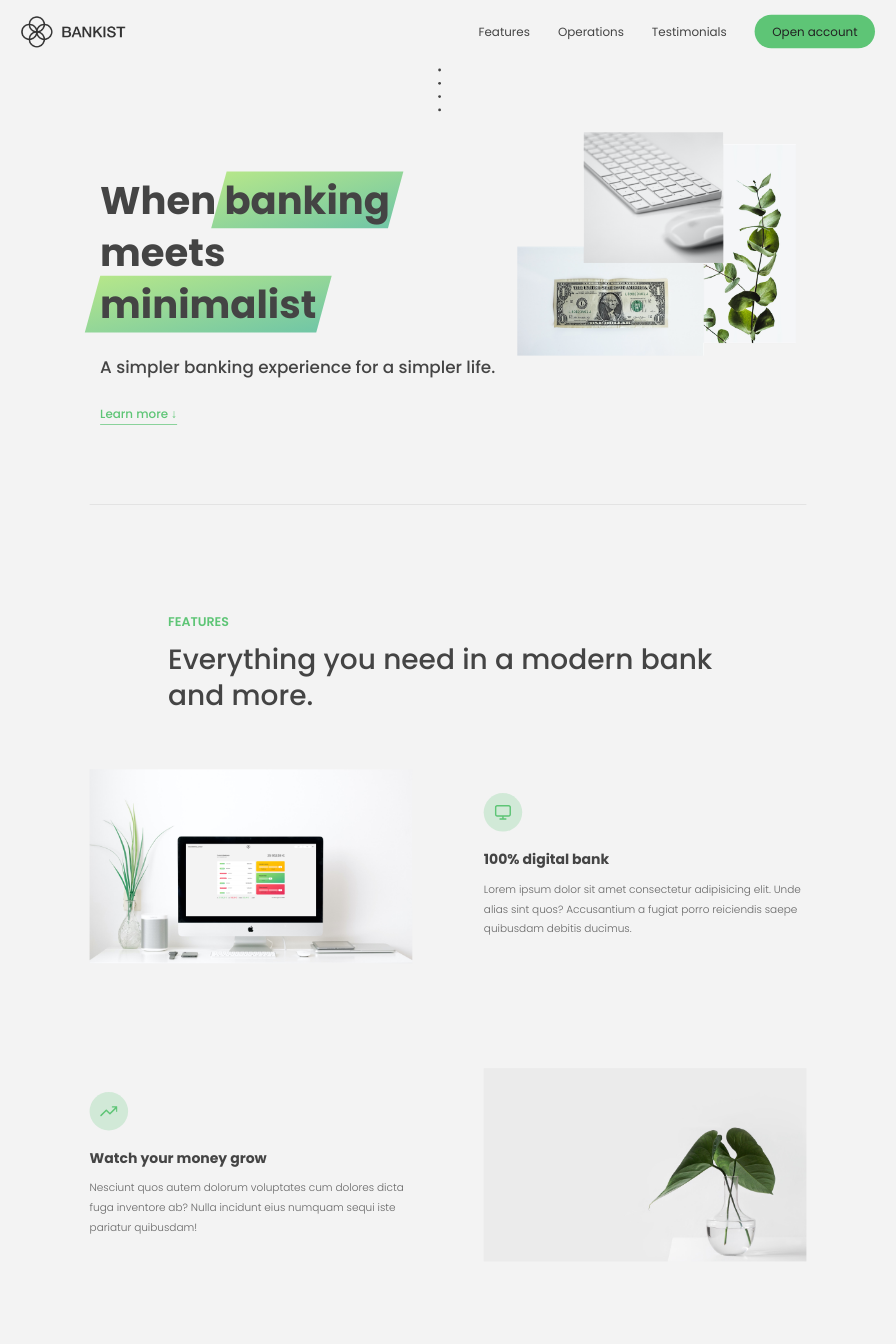
Repository: nptg3105/Bankist
Page: index.html
These files come from the project's save history. The page is drawn as it stood at one moment and after the next save; the edit follows.
The browser window is 1280 px wide. The pictures show the part of the page from y = 0 to 1920 px (the page is 5090 px tall), at 70% of full size.
Some web libraries are served in a nearby version.

Above is the page before, as saved 2022-06-02 16:11:26.

### index.html
<!DOCTYPE html>
<html lang="en">
  <head>
    <meta charset="UTF-8" />
    <meta name="viewport" content="width=device-width, initial-scale=1.0" />
    <meta http-equiv="X-UA-Compatible" content="ie=edge" />
    <link rel="shortcut icon" type="image/png" href="images/icon.png" />

    <link
      href="https://fonts.googleapis.com/css?family=Poppins:300,400,500,600&display=swap"
      rel="stylesheet"
    />
    <link
      rel="stylesheet"
      href="https://cdnjs.cloudflare.com/ajax/libs/font-awesome/6.1.1/css/all.min.css"
      integrity="sha512-KfkfwYDsLkIlwQp6LFnl8zNdLGxu9YAA1QvwINks4PhcElQSvqcyVLLD9aMhXd13uQjoXtEKNosOWaZqXgel0g=="
      crossorigin="anonymous"
      referrerpolicy="no-referrer"
    />
    <link rel="stylesheet" href="dist/index.css" />
    <title>Bankist | When Banking meets Minimalist</title>
  </head>
  <body>
    <header class="header">
      <nav class="nav container-fluid">
        <img
          src="images/logo.png"
          alt="Bankist logo"
          class="nav__logo"
          id="logo"
        />
        <ul class="nav__links">
          <li class="nav__item">
            <a class="nav__link" href="#section--1">Features</a>
          </li>
          <li class="nav__item">
            <a class="nav__link" href="#section--2">Operations</a>
          </li>
          <li class="nav__item">
            <a class="nav__link" href="#section--3">Testimonials</a>
          </li>
          <li class="nav__item">
            <a class="nav__link nav__link--btn btn--show-modal" href="#"
              >Open account</a
            >
          </li>
        </ul>
      </nav>

      <ul>
        <li></li>
        <li></li>
        <li></li>
        <li></li>
      </ul>

      <div class="header__title container">
        <h1>
          When
          <!-- Green highlight effect -->
          <span class="highlight">banking</span>
          meets<br />
          <span class="highlight">minimalist</span>
        </h1>
        <h4>A simpler banking experience for a simpler life.</h4>
        <button class="btn--text btn--scroll-to">Learn more &DownArrow;</button>
        <img
          src="images/hero.png"
          class="header__img"
          alt="Minimalist bank items"
        />
      </div>
    </header>

    <section class="section container" id="section--1">
      <div class="section__title">
        <h2 class="section__description">Features</h2>
        <h3 class="section__header">
          Everything you need in a modern bank and more.
        </h3>
      </div>

      <div class="features">
        <div class="features__item">
          <img
            src="images/digital-lazy.jpg"
            data-src="images/digital.jpg"
            alt="Computer"
            class="features__img lazy-img"
          />
          <div class="features__feature">
            <div class="features__icon">
              <svg>
                <use xlink:href="images/icons.svg#icon-monitor"></use>
              </svg>
            </div>
            <h5 class="features__header">100% digital bank</h5>
            <p>
              Lorem ipsum dolor sit amet consectetur adipisicing elit. Unde
              alias sint quos? Accusantium a fugiat porro reiciendis saepe
              quibusdam debitis ducimus.
            </p>
          </div>
        </div>

        <div class="features__item features__item--reverse">
          <img
            src="images/grow-lazy.jpg"
            data-src="images/grow.jpg"
            alt="Plant"
            class="features__img lazy-img"
          />
          <div class="features__feature">
            <div class="features__icon">
              <svg>
                <use xlink:href="images/icons.svg#icon-trending-up"></use>
              </svg>
            </div>
            <h5 class="features__header">Watch your money grow</h5>
            <p>
              Nesciunt quos autem dolorum voluptates cum dolores dicta fuga
              inventore ab? Nulla incidunt eius numquam sequi iste pariatur
              quibusdam!
            </p>
          </div>
        </div>

        <div class="features__item">
          <img
            src="images/card-lazy.jpg"
            data-src="images/card.jpg"
            alt="Credit card"
            class="features__img lazy-img"
          />
          <div class="features__feature">
            <div class="features__icon">
              <svg>
                <use xlink:href="images/icons.svg#icon-credit-card"></use>
              </svg>
            </div>
            <h5 class="features__header">Free debit card included</h5>
            <p>
              Quasi, fugit in cumque cupiditate reprehenderit debitis animi enim
              eveniet consequatur odit quam quos possimus assumenda dicta fuga
              inventore ab.
            </p>
          </div>
        </div>
      </div>
    </section>

    <section class="section container" id="section--2">
      <div class="section__title">
        <h2 class="section__description">Operations</h2>
        <h3 class="section__header">
          Everything as simple as possible, but no simpler.
        </h3>
      </div>

      <div class="operations">
        <div class="operations__tab-container">
          <button
            class="btn operations__tab operations__tab--1 operations__tab--active"
            data-tab="1"
          >
            <span>01</span>Instant Transfers
          </button>
          <button class="btn operations__tab operations__tab--2" data-tab="2">
            <span>02</span>Instant Loans
          </button>
          <button class="btn operations__tab operations__tab--3" data-tab="3">
            <span>03</span>Instant Closing
          </button>
        </div>
        <div
          class="operations__content operations__content--1 operations__content--active"
        >
          <div class="operations__icon operations__icon--1">
            <svg>
              <use xlink:href="images/icons.svg#icon-upload"></use>
            </svg>
          </div>
          <h5 class="operations__header">
            Tranfser money to anyone, instantly! No fees, no BS.
          </h5>
          <p>
            Lorem ipsum dolor sit amet, consectetur adipisicing elit, sed do
            eiusmod tempor incididunt ut labore et dolore magna aliqua. Ut enim
            ad minim veniam, quis nostrud exercitation ullamco laboris nisi ut
            aliquip ex ea commodo consequat.
          </p>
        </div>

        <div class="operations__content operations__content--2">
          <div class="operations__icon operations__icon--2">
            <svg>
              <use xlink:href="images/icons.svg#icon-home"></use>
            </svg>
          </div>
          <h5 class="operations__header">
            Buy a home or make your dreams come true, with instant loans.
          </h5>
          <p>
            Duis aute irure dolor in reprehenderit in voluptate velit esse
            cillum dolore eu fugiat nulla pariatur. Excepteur sint occaecat
            cupidatat non proident, sunt in culpa qui officia deserunt mollit
            anim id est laborum.
          </p>
        </div>
        <div class="operations__content operations__content--3">
          <div class="operations__icon operations__icon--3">
            <svg>
              <use xlink:href="images/icons.svg#icon-user-x"></use>
            </svg>
          </div>
          <h5 class="operations__header">
            No longer need your account? No problem! Close it instantly.
          </h5>
          <p>
            Excepteur sint occaecat cupidatat non proident, sunt in culpa qui
            officia deserunt mollit anim id est laborum. Ut enim ad minim
            veniam, quis nostrud exercitation ullamco laboris nisi ut aliquip ex
            ea commodo consequat.
          </p>
        </div>
      </div>
    </section>

    <section class="section container" id="section--3">
      <div class="section__title section__title--testimonials">
        <h2 class="section__description">Not sure yet?</h2>
        <h3 class="section__header">
          Millions of Bankists are already making their lifes simpler.
        </h3>
      </div>

      <div class="slider">
        <div class="slide slide--1">
          <div class="testimonial">
            <h5 class="testimonial__header">Best financial decision ever!</h5>
            <blockquote class="testimonial__text">
              Lorem ipsum dolor sit, amet consectetur adipisicing elit.
              Accusantium quas quisquam non? Quas voluptate nulla minima
              deleniti optio ullam nesciunt, numquam corporis et asperiores
              laboriosam sunt, praesentium suscipit blanditiis. Necessitatibus
              id alias reiciendis, perferendis facere pariatur dolore veniam
              autem esse non voluptatem saepe provident nihil molestiae.
            </blockquote>
            <address class="testimonial__author">
              <img src="images/user-1.jpg" alt="" class="testimonial__photo" />
              <h6 class="testimonial__name">Aarav Lynn</h6>
              <p class="testimonial__location">San Francisco, USA</p>
            </address>
          </div>
        </div>

        <div class="slide slide--2">
          <div class="testimonial">
            <h5 class="testimonial__header">
              The last step to becoming a complete minimalist
            </h5>
            <blockquote class="testimonial__text">
              Quisquam itaque deserunt ullam, quia ea repellendus provident,
              ducimus neque ipsam modi voluptatibus doloremque, corrupti
              laborum. Incidunt numquam perferendis veritatis neque repellendus.
              Lorem, ipsum dolor sit amet consectetur adipisicing elit. Illo
              deserunt exercitationem deleniti.
            </blockquote>
            <address class="testimonial__author">
              <img src="images/user-2.jpg" alt="" class="testimonial__photo" />
              <h6 class="testimonial__name">Miyah Miles</h6>
              <p class="testimonial__location">London, UK</p>
            </address>
          </div>
        </div>

        <div class="slide slide--3">
          <div class="testimonial">
            <h5 class="testimonial__header">
              Finally free from old-school banks
            </h5>
            <blockquote class="testimonial__text">
              Debitis, nihil sit minus suscipit magni aperiam vel tenetur
              incidunt commodi architecto numquam omnis nulla autem,
              necessitatibus blanditiis modi similique quidem. Odio aliquam
              culpa dicta beatae quod maiores ipsa minus consequatur error sunt,
              deleniti saepe aliquid quos inventore sequi. Necessitatibus id
              alias reiciendis, perferendis facere.
            </blockquote>
            <address class="testimonial__author">
              <img src="images/user-3.jpg" alt="" class="testimonial__photo" />
              <h6 class="testimonial__name">Francisco Gomes</h6>
              <p class="testimonial__location">Lisbon, Portugal</p>
            </address>
          </div>
        </div>

        <!-- <div class="slide"><img src="images/img-1.jpg" alt="Photo 1" /></div>
        <div class="slide"><img src="images/img-2.jpg" alt="Photo 2" /></div>
        <div class="slide"><img src="images/img-3.jpg" alt="Photo 3" /></div>
        <div class="slide"><img src="images/img-4.jpg" alt="Photo 4" /></div> -->
        <button class="slider__btn slider__btn--left">&larr;</button>
        <button class="slider__btn slider__btn--right">&rarr;</button>
        <div class="dots"></div>
      </div>
    </section>

    <section class="section section--sign-up">
      <div class="section__title">
        <h3 class="section__header">
          The best day to join Bankist was one year ago. The second best is
          today!
        </h3>
      </div>
      <button class="btn btn--show-modal">Open your free account today!</button>
    </section>

    <footer class="footer">
      <ul class="footer__nav">
        <li class="footer__item">
          <a class="footer__link" href="#">About</a>
        </li>
        <li class="footer__item">
          <a class="footer__link" href="#">Pricing</a>
        </li>
        <li class="footer__item">
          <a class="footer__link" href="#">Terms of Use</a>
        </li>
        <li class="footer__item">
          <a class="footer__link" href="#">Privacy Policy</a>
        </li>
        <li class="footer__item">
          <a class="footer__link" href="#">Careers</a>
        </li>
        <li class="footer__item">
          <a class="footer__link" href="#">Blog</a>
        </li>
        <li class="footer__item">
          <a class="footer__link" href="#">Contact Us</a>
        </li>
      </ul>
      <img src="images/icon.png" alt="Logo" class="footer__logo" />
      <p class="footer__copyright">
        &copy; Copyright by
        <a
          class="footer__link twitter-link"
          target="_blank"
          href="https://twitter.com/jonasschmedtman"
          >Jonas Schmedtmann</a
        >. Use for learning or your portfolio. Don't use to teach. Don't claim
        as your own product.
      </p>
    </footer>

    <div class="modal hidden">
      <button class="btn--close-modal">&times;</button>
      <h2 class="modal__header">
        Open your bank account <br />
        in just <span class="highlight">5 minutes</span>
      </h2>
      <form class="modal__form">
        <label>First Name</label>
        <input type="text" />
        <label>Last Name</label>
        <input type="text" />
        <label>Email Address</label>
        <input type="email" />
        <button class="btn">Next step &rarr;</button>
      </form>
    </div>
    <div class="overlay hidden"></div>

    <script src="./src/js/script.js"></script>
  </body>
</html>

### src/js/script.js
"use strict";

///////////////////////////////////////
// Modal window

const modal = document.querySelector(".modal");
const overlay = document.querySelector(".overlay");
const btnCloseModal = document.querySelector(".btn--close-modal");
const btnsOpenModal = document.querySelectorAll(".btn--show-modal");

const btnScroll = document.querySelector(".btn--scroll-to");
const section1 = document.querySelector("#section--1");

const tabs = document.querySelectorAll(".operations__tab");
const tabsContainer = document.querySelector(".operations__tab-container");
const tabsContent = document.querySelectorAll(".operations__content");

const nav = document.querySelector(".nav");

const openModal = function (e) {
  e.preventDefault();
  modal.classList.remove("hidden");
  overlay.classList.remove("hidden");
};

const closeModal = function () {
  modal.classList.add("hidden");
  overlay.classList.add("hidden");
};

btnsOpenModal.forEach((btn) => {
  btn.addEventListener("click", openModal);
});

btnCloseModal.addEventListener("click", closeModal);
overlay.addEventListener("click", closeModal);

document.addEventListener("keydown", function (e) {
  if (e.key === "Escape" && !modal.classList.contains("hidden")) {
    closeModal();
  }
});

//Scroll Smooth
btnScroll.addEventListener("click", function () {
  section1.scrollIntoView({ behavior: "smooth" });
});

document.querySelector(".nav__links").addEventListener("click", (e) => {
  e.preventDefault();
  if (e.target.classList.contains("nav__link")) {
    const id = e.target.getAttribute("href");
    document.querySelector(id).scrollIntoView({ behavior: "smooth" });
  }
});

//Tabbed Component
tabsContainer.addEventListener("click", function (e) {
  const clicked = e.target.closest(".operations__tab");
  // console.log(clicked);

  //Remove classes
  tabs.forEach((tab) => {
    tab.classList.remove("operations__tab--active");
  });
  tabsContent.forEach((content) => {
    content.classList.remove("operations__content--active");
  });

  if (!clicked) return;

  //Active class
  clicked.classList.add("operations__tab--active");

  //Active content area
  document
    .querySelector(`.operations__content--${clicked.dataset.tab}`)
    .classList.add("operations__content--active");
});

//Faded nav
function handleHover(e) {
  if (e.target.classList.contains("nav__link")) {
    const link = e.target;
    const siblings = link.closest(".nav__links").querySelectorAll(".nav__link");

    siblings.forEach((element) => {
      if (element !== link) element.style.opacity = this;
    });
  }
}

nav.addEventListener("mouseover", handleHover.bind(0.5));
nav.addEventListener("mouseout", handleHover.bind(1));

//Sticky Nav
const initialCoords = section1.getBoundingClientRect();
const navHeight = nav.getBoundingClientRect().height;
// console.log(navHeight);

window.addEventListener("scroll", function () {
  if (window.scrollY > initialCoords.top - navHeight) {
    nav.classList.add("sticky");
  }
  if (window.scrollY < initialCoords.top) {
    nav.classList.remove("sticky");
  }
});

//Reveal Section
const allSection = document.querySelectorAll(".section");

function revealSection(entries, observer) {
  const [entry] = entries;
  // console.log(entry);
  if (!entry.isIntersecting) return;
  entry.target.classList.remove("section--hidden");
  observer.unobserve(entry.target);
}

const sectionObserver = new IntersectionObserver(revealSection, {
  root: null,
  threshold: 0.15,
});

allSection.forEach((section) => {
  sectionObserver.observe(section);
  section.classList.add("section--hidden");
});

//Lazy-load image
const imgTargets = document.querySelectorAll("img[data-src]");

function loadImg(entries, observer) {
  const [entry] = entries;
  // console.log(entry);

  if (!entry.isIntersecting) return;

  //Replace src with data-src
  entry.target.src = entry.target.dataset.src;

  entry.target.addEventListener("load", () => {
    entry.target.classList.remove("lazy-img");
  });

  observer.unobserve(entry.target);
}

const imgObserver = new IntersectionObserver(loadImg, {
  root: null,
  threshold: 0,
  rootMargin: "-200px",
});

imgTargets.forEach((img) => imgObserver.observe(img));

//Slider
function slider() {
  const slides = document.querySelectorAll(".slide");
  const btnNext = document.querySelector(".slider__btn--right");
  const btnPrev = document.querySelector(".slider__btn--left");
  const dotContainer = document.querySelector(".dots");

  let curSlide = 0;
  const maxSlide = slides.length;

  //Function
  function createDot() {
    slides.forEach((_, i) => {
      dotContainer.insertAdjacentHTML(
        "beforeend",
        `<button class="dots__dot" data-slide=${i}></button>`
      );
    });
  }

  function activeDot(slide) {
    document
      .querySelectorAll(".dots__dot")
      .forEach((dot) => dot.classList.remove("dots__dot--active"));

    document
      .querySelector(`.dots__dot[data-slide="${slide}"]`)
      .classList.add("dots__dot--active");
  }

  function goToSlide(slide) {
    slides.forEach((s, i) => {
      s.style.transform = `translateX(${100 * (i - slide)}%)`;
    });
  }

  function init() {
    goToSlide(0);
    createDot();
    activeDot(0);
  }
  init();

  //Next Slide
  function nextSlide() {
    if (curSlide === maxSlide - 1) {
      curSlide = 0;
    } else {
      curSlide++;
    }

    goToSlide(curSlide);
    activeDot(curSlide);
  }

  //PrevSlide
  function prevSlide() {
    if (curSlide === 0) {
      curSlide = maxSlide - 1;
    } else {
      curSlide--;
    }
    goToSlide(curSlide);
    activeDot(curSlide);
  }

  btnNext.addEventListener("click", nextSlide);
  btnPrev.addEventListener("click", prevSlide);

  document.addEventListener("keydown", function (e) {
    if (e.key === "ArrowLeft") prevSlide();
    e.key === "ArrowRight" && nextSlide();
  });

  dotContainer.addEventListener("click", function (e) {
    if (e.target.classList.contains("dots__dot")) {
      const slide = e.target.dataset.slide;
      goToSlide(slide);
      activeDot(slide);
    }
  });
}

slider();

Loaded but not shown: dist/index.css (library)

After the next save:
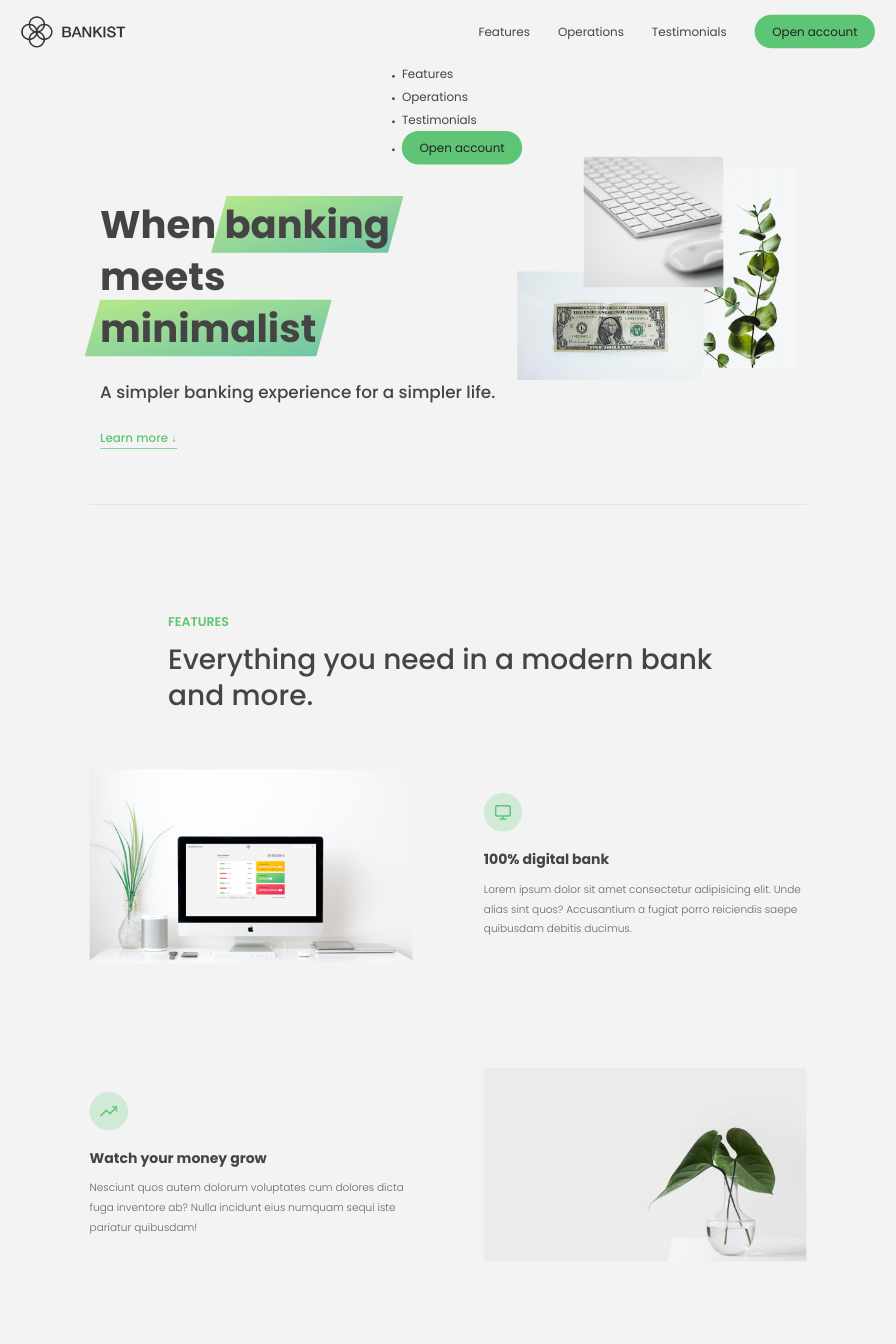
Saved 39 s later.
--- a/index.html
+++ b/index.html
@@ -47,11 +47,21 @@
         </ul>
       </nav>
 
-      <ul>
-        <li></li>
-        <li></li>
-        <li></li>
-        <li></li>
+      <ul class="nav__mobile">
+        <li class="nav__item">
+          <a class="nav__link" href="#section--1">Features</a>
+        </li>
+        <li class="nav__item">
+          <a class="nav__link" href="#section--2">Operations</a>
+        </li>
+        <li class="nav__item">
+          <a class="nav__link" href="#section--3">Testimonials</a>
+        </li>
+        <li class="nav__item">
+          <a class="nav__link nav__link--btn btn--show-modal" href="#"
+            >Open account</a
+          >
+        </li>
       </ul>
 
       <div class="header__title container">
